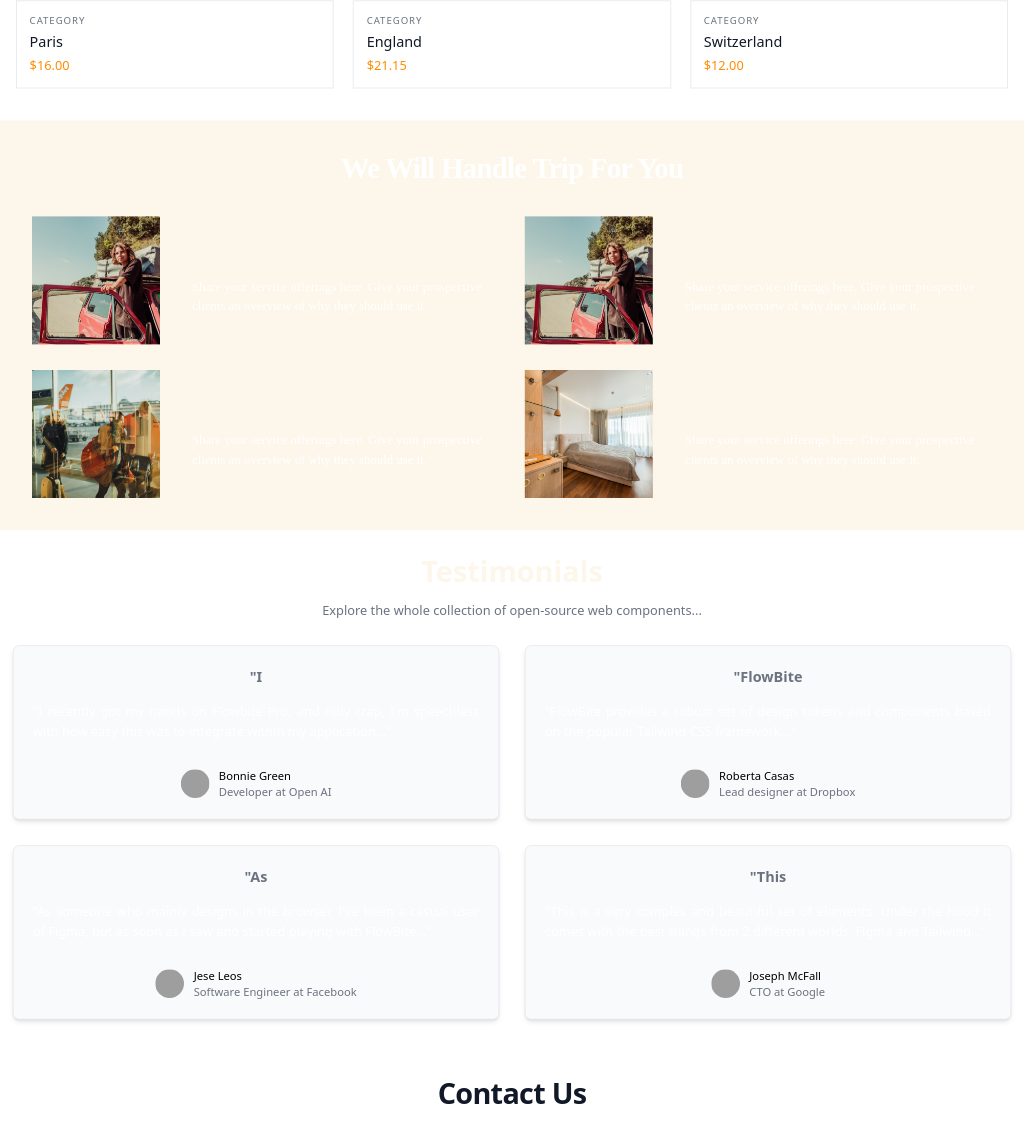
Repository: prabeshsitaula07/greatnepalholidays
Page: / (app in frontend/)
The author's editor kept a copy of each file at every save. The page is drawn from the files as they stood at one save, then again after the next save.
The browser window is 1280 px wide. The pictures show the part of the page from y = 3038 to 4464 px (the page is 7245 px tall), at 80% of full size.
Pictures or frames that could not be fetched are drawn as grey boxes. Some web fonts or font styles are not loaded; a fallback is used. The project was rebuilt for these pictures with package versions that can differ from the ones it lists, and the page was loaded fresh each time. Also part of the build but not shown: frontend/vite.config.ts. Imported but missing from the stored project, and not drawn on this page: frontend/src/assets/bgvideo.mp4.

Above is the page before, as saved 2024-11-23 11:22:07.

After the next save:
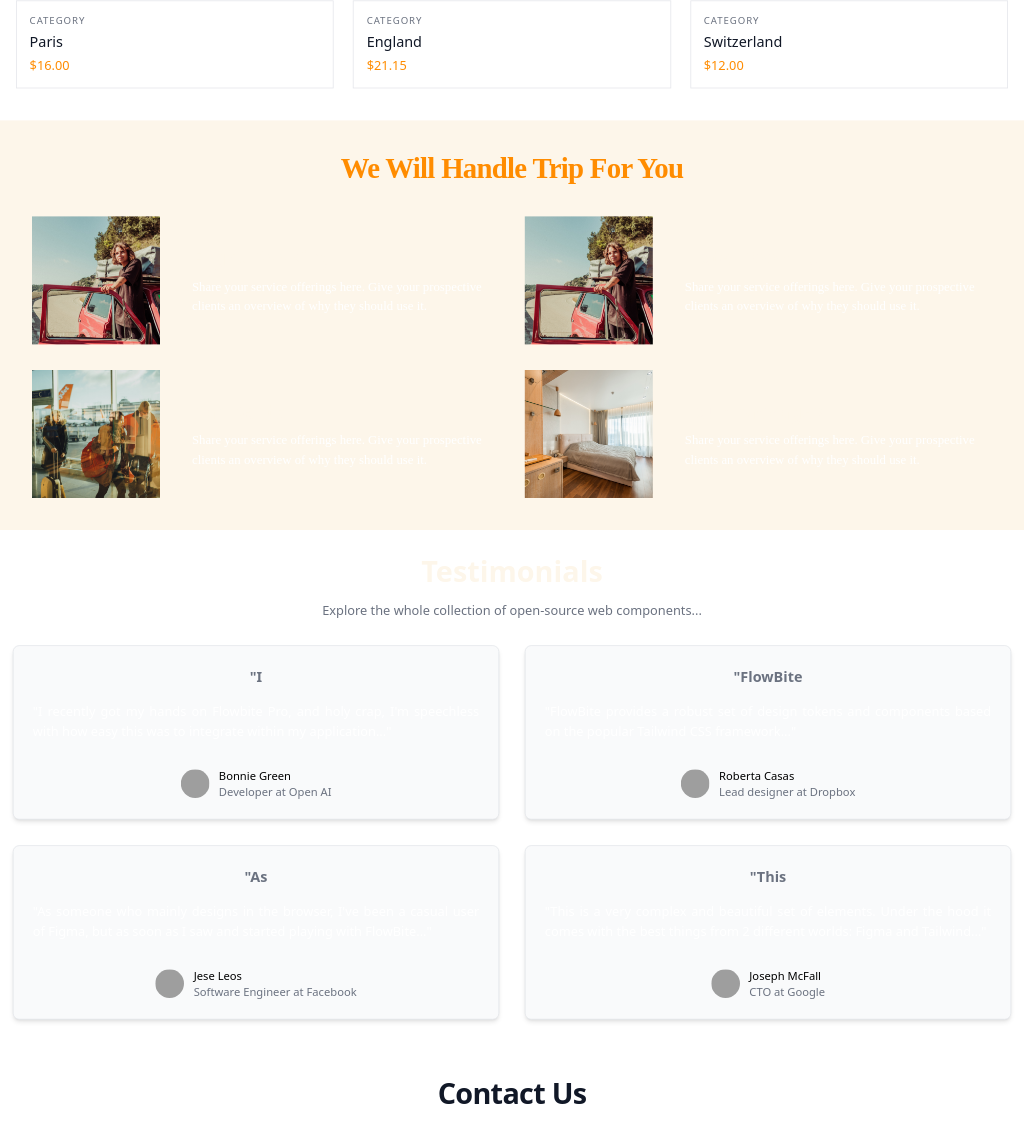
Saved 6 s later.
--- a/frontend/src/components/Services/TripHandling.tsx
+++ b/frontend/src/components/Services/TripHandling.tsx
@@ -12,7 +12,7 @@ export default function TripHandling() {
 
     return (
       <div className="bg-primary h-fit flex justify-center flex-col items-center p-10">
-          <h2 className="mb-10 text-4xl tracking-tight font-extrabold text-white text-center font-parkinsans">We Will Handle Trip For You</h2>
+          <h2 className="mb-10 text-4xl tracking-tight font-extrabold text-darkorange text-center font-parkinsans">We Will Handle Trip For You</h2>
           <div className="grid grid-cols-2 gap-8">
               {services.map((service, index) => (
                 <div key={index} className="flex gap-10 items-center">
